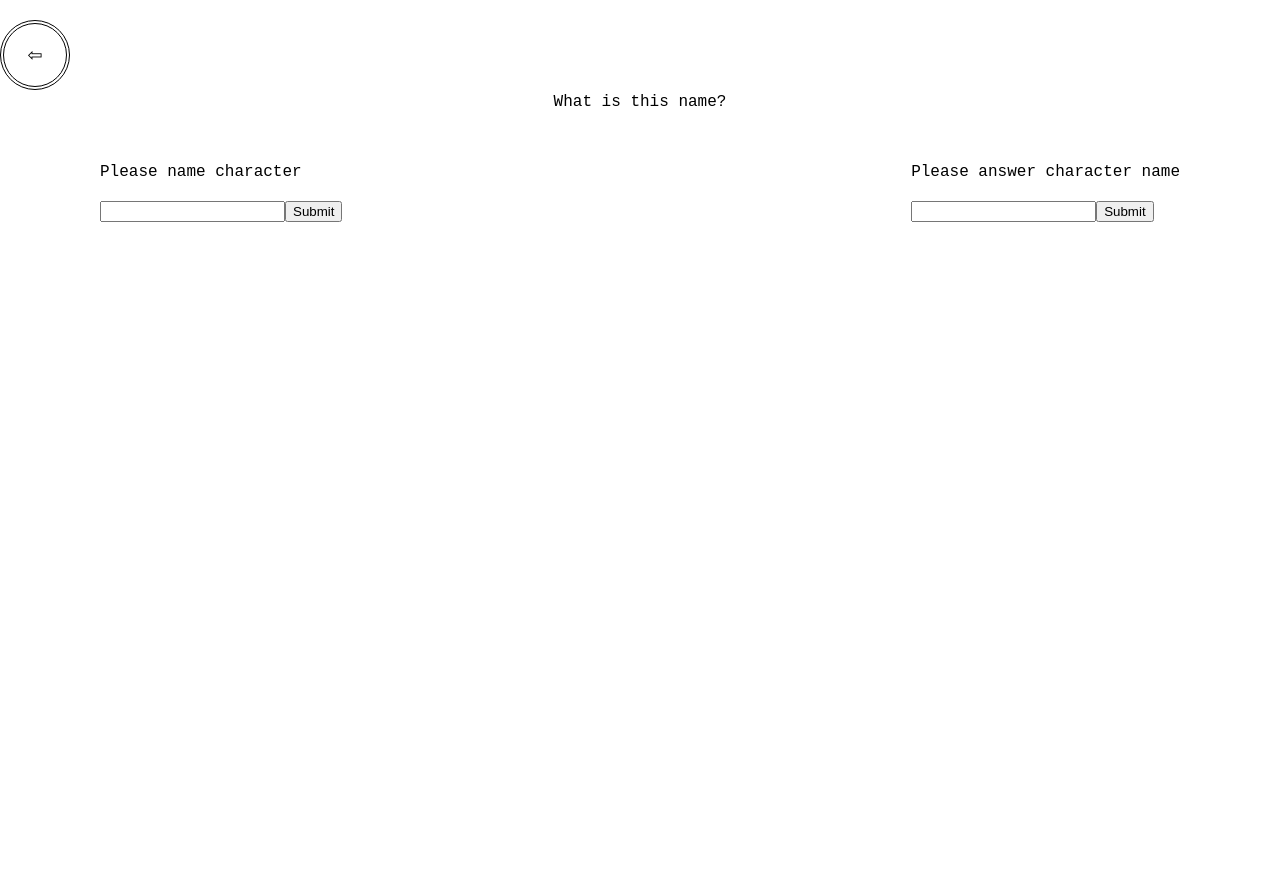
Repository: Mush-s/Folio-OX
Page: /nanmon
The author's editor kept a copy of each file at every save. The page is drawn from the files as they stood at one save, then again after the next save.
The browser window is 1280 px wide. The pictures show the whole page.
The page's requests for data from a server got no answer. The project was rebuilt for these pictures with package versions that can differ from the ones it lists, and the page was loaded fresh each time. No one was signed in, and anything a server would have sent is missing. Also part of the build but not shown: src/TicTacToe/AfterGame/AfterGame.css, src/TicTacToe/AfterGame/AfterGame.js, src/TicTacToe/Game/Cell.css, src/TicTacToe/Game/Cell.js, src/TicTacToe/Patterns/Pattern.js, src/TicTacToe/Game/GameButtons/GameButtons.css, src/TicTacToe/Game/GameButtons/GameButtons.js, src/TicTacToe/Game/Game.js and 2 more.

Above is the page before, as saved 2022-09-04 21:45:30.

After the next save:
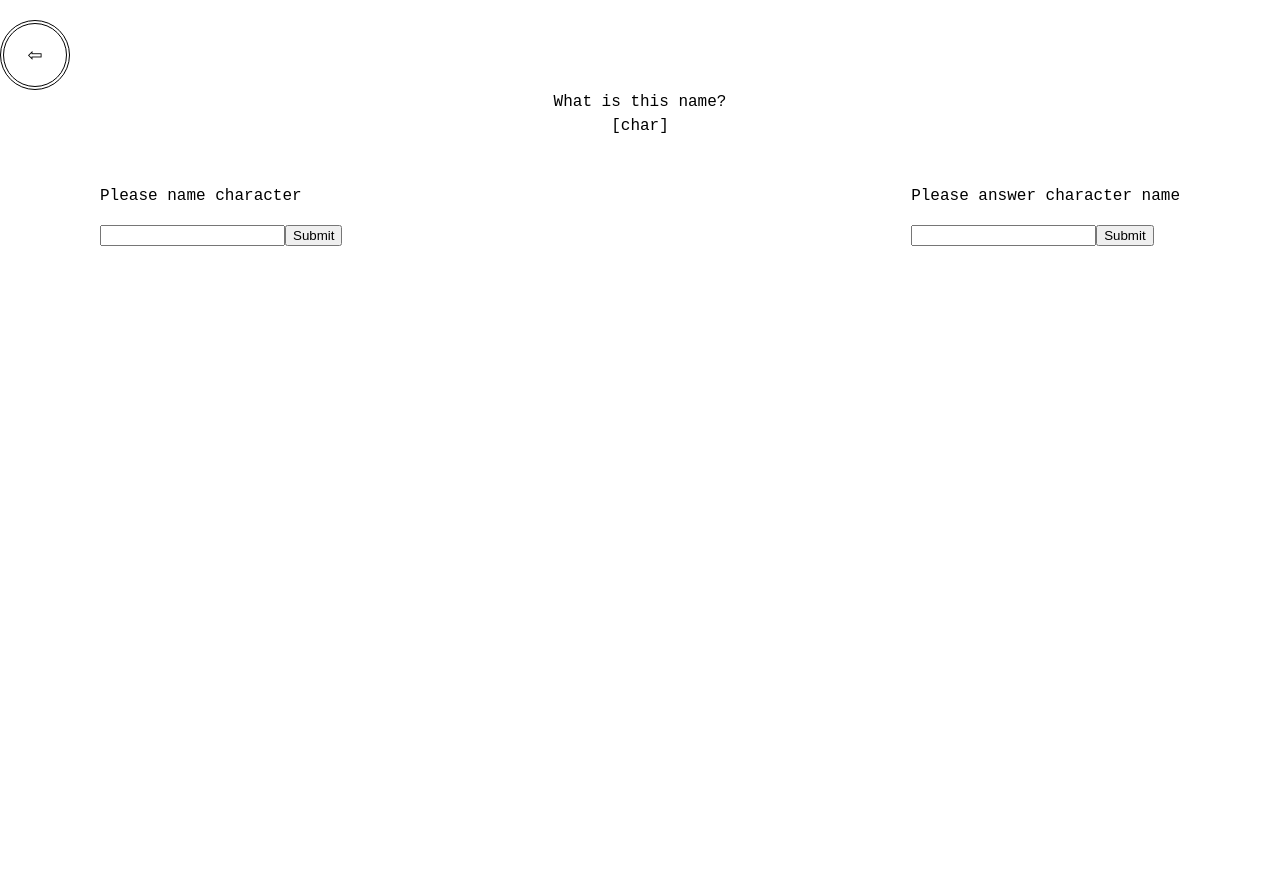
Saved 17 s later.
--- a/src/NanMon/Game/Game1.js
+++ b/src/NanMon/Game/Game1.js
@@ -35,7 +35,7 @@
       <Back />
       <div className="character">
         <div>What is this name?</div>
-
+        [char]
         {/* <img
           src="https://encrypted-tbn0.gstatic.com/images?q=tbn:ANd9GcSwDtPTyREmVTKa9RNtF-v7qKrLo3snUiK3pVFoVPRk7eVRCaq1epYuVwwkb7WeQWVgaO0&usqp=CAU"
           alt="g"

After the save that followed:
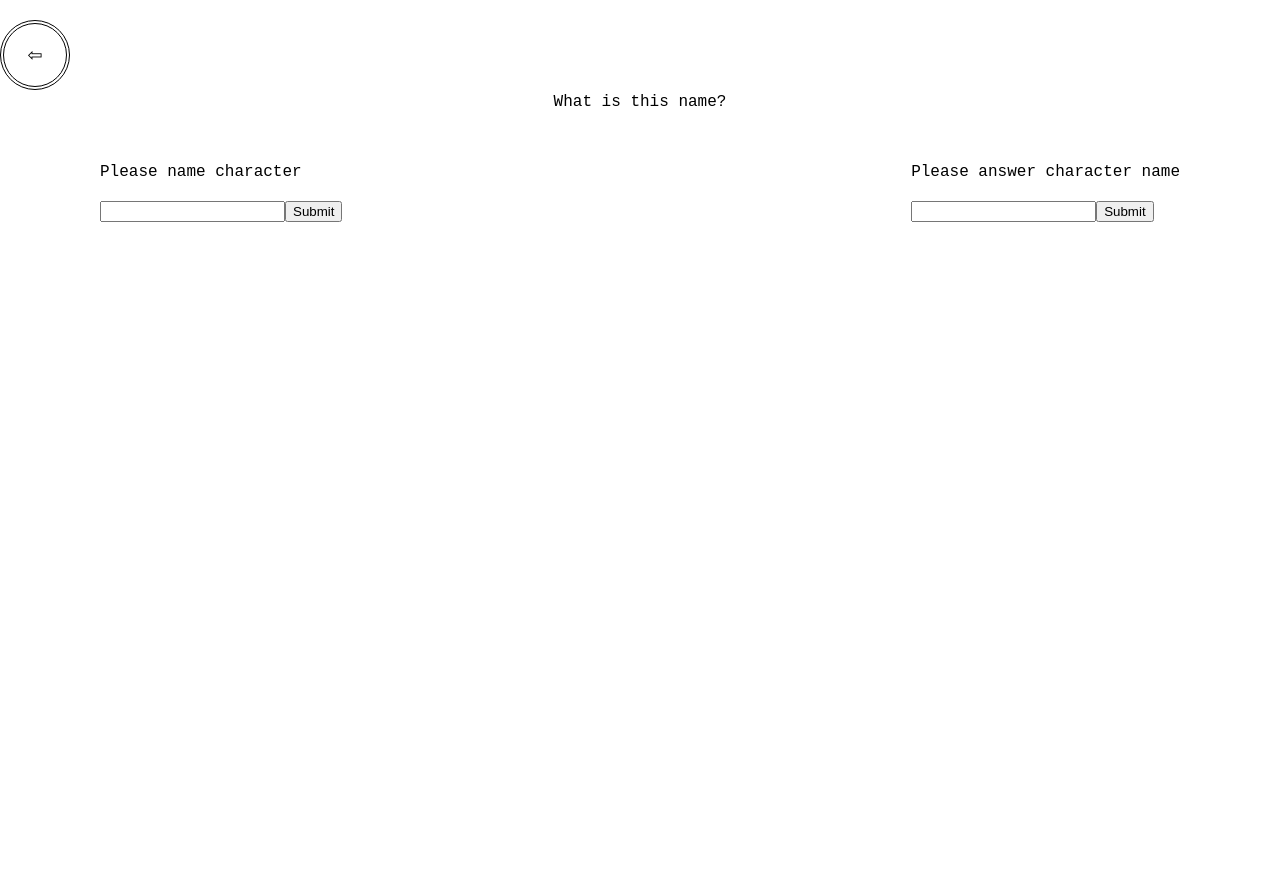
Saved 11 s later.
--- a/src/NanMon/Game/Game1.js
+++ b/src/NanMon/Game/Game1.js
@@ -35,7 +35,7 @@
       <Back />
       <div className="character">
         <div>What is this name?</div>
-        [char]
+        {[char]}
         {/* <img
           src="https://encrypted-tbn0.gstatic.com/images?q=tbn:ANd9GcSwDtPTyREmVTKa9RNtF-v7qKrLo3snUiK3pVFoVPRk7eVRCaq1epYuVwwkb7WeQWVgaO0&usqp=CAU"
           alt="g"
